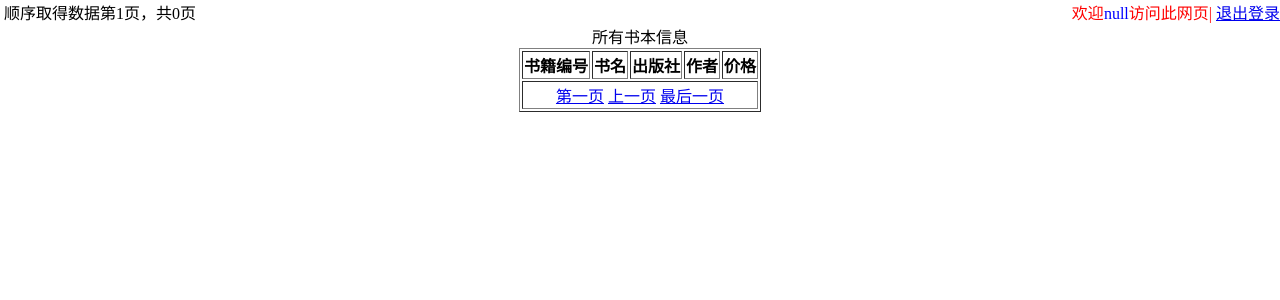
Repository: guirui-li/StudyJavaWeb
Page: http://localhost/JavawebTest/FenServlet?page=1
An editor plug-in stored every save of this project. The page is shown before and after the next save, followed by the edit.
The browser window is 1280 px wide. The pictures show the whole page.
The page is served by Tomcat 9. Queries for data that is not in the repository find no rows.

Above is the page before, as saved 2019-04-30 11:24:13.

After the next save:
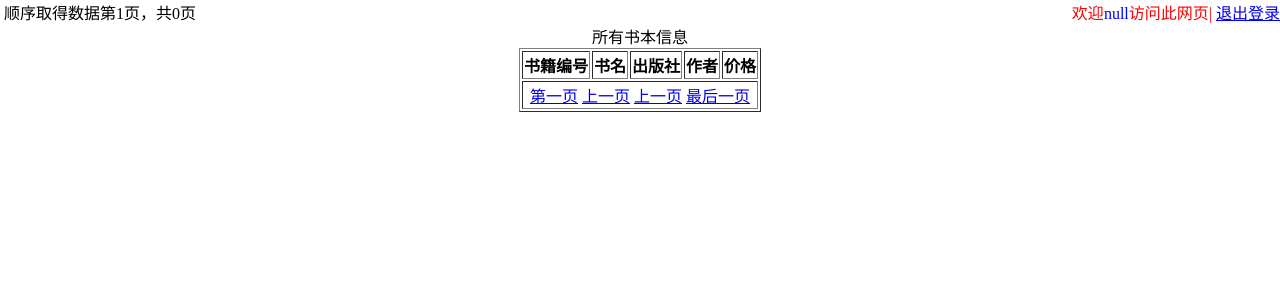
Saved 16 s later.
--- a/JavawebTest/src/com/guirui/demo04/FenServlet.java
+++ b/JavawebTest/src/com/guirui/demo04/FenServlet.java
@@ -62,6 +62,13 @@ public class FenServlet extends HttpServlet {
 			}
 			sb.append(" ");
 		}
+		if(currPage==pages) {
+			sb.append("<a href='/JavawebTest/FenServlet?page="+1+"'>"+"上一页"+"</a>");
+			sb.append(" ");
+		}else {
+			sb.append("<a href='/JavawebTest/FenServlet?page="+(currPage-1)+"'>"+"上一页"+"</a>");
+			sb.append(" ");
+		}
 		sb.append("<a href='/JavawebTest/FenServlet?page="+pages+"'>"+"最后一页"+"</a>");
 		sb.append(" ");
 		request.setAttribute("bar", sb.toString());
